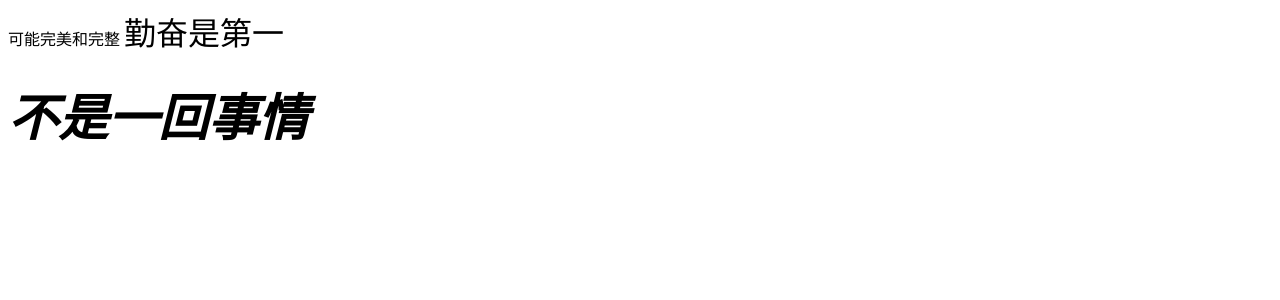
Repository: yuquan1006/-
Page: 02_css/demo.html
An editor plug-in stored every save of this project. The page is shown before and after a run of saves, followed by the edit.
The browser window is 1280 px wide. The pictures show the whole page.

Above is the page before, as saved 2023-06-26 10:32:10.

After the next 4 saves:
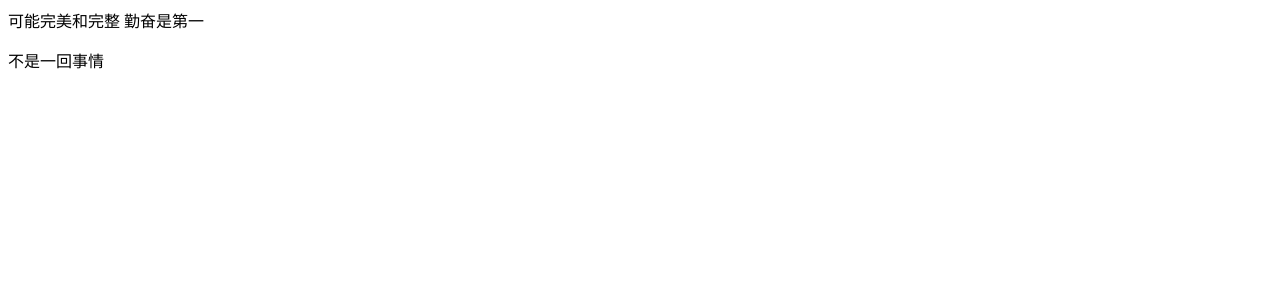
The 4 saves are shown as one change because they came seconds apart.
The last was saved 2 min 56 s later.
--- a/02_css/demo.html
+++ b/02_css/demo.html
@@ -5,6 +5,7 @@
     <meta name="viewport" content="width=device-width, initial-scale=1.0">
     <title>Document</title>
     <style type="text/css">
+        /*
         label{
             font-size: 200%; /* 文字大小是周围文字大小的两倍 */
         }

After the save that followed:
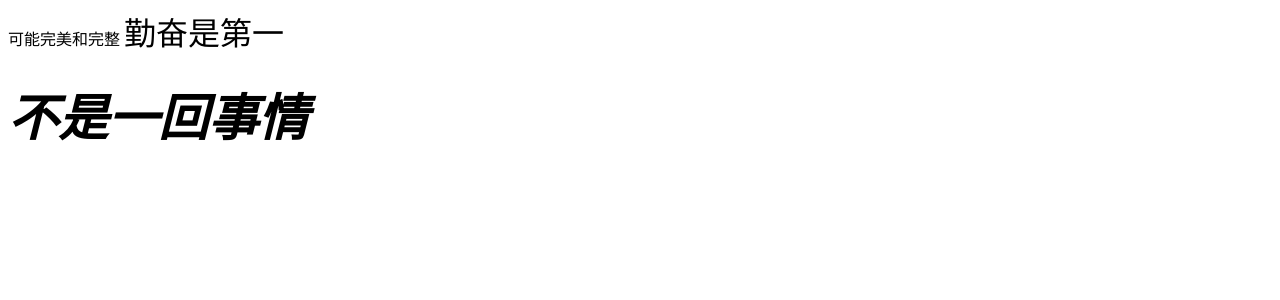
Saved 5 s later.
--- a/02_css/demo.html
+++ b/02_css/demo.html
@@ -5,7 +5,7 @@
     <meta name="viewport" content="width=device-width, initial-scale=1.0">
     <title>Document</title>
     <style type="text/css">
-        /*
+        /* 相对单位 */
         label{
             font-size: 200%; /* 文字大小是周围文字大小的两倍 */
         }
